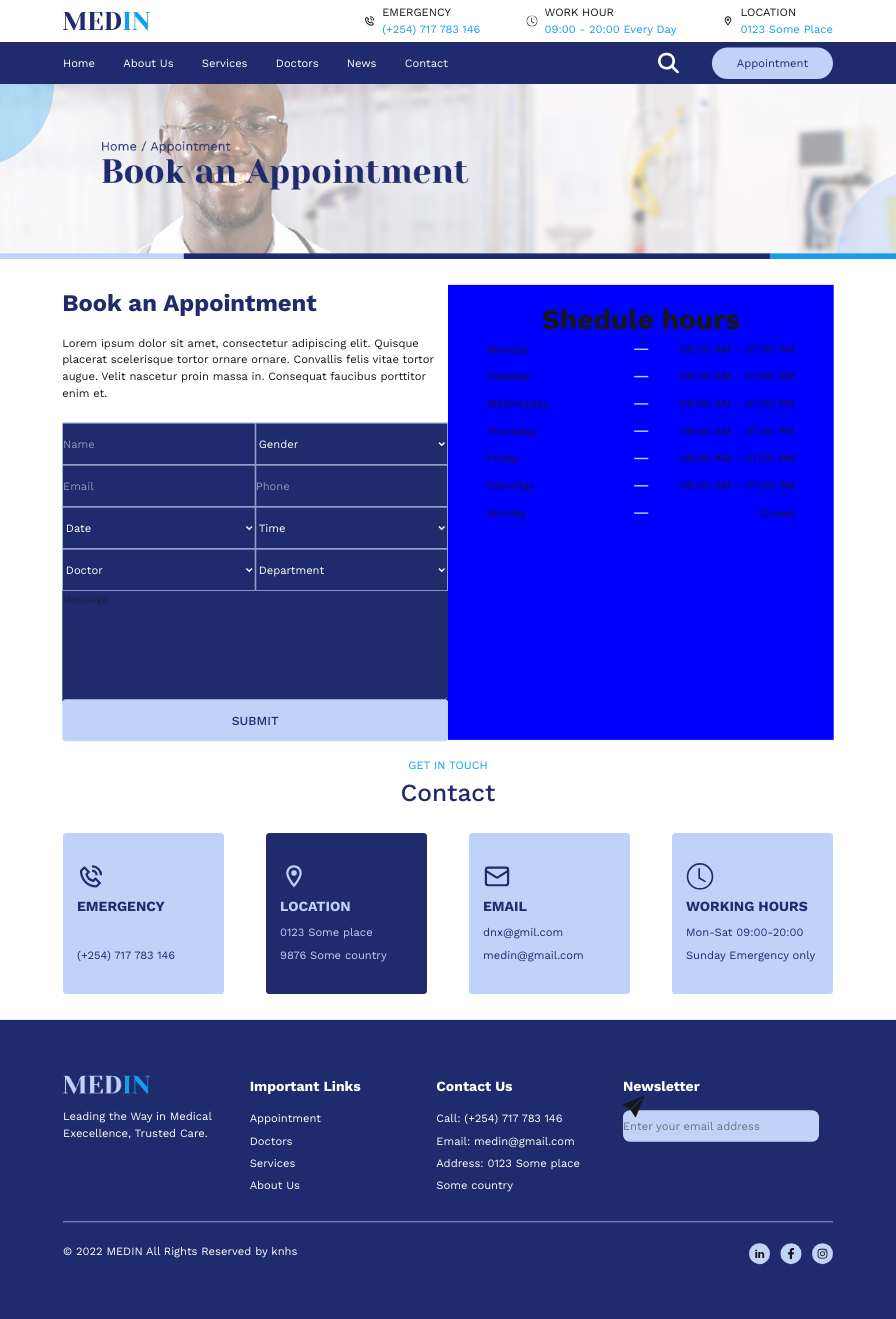
Repository: SynHK3/Poc_Hospital
Page: /appointment (app in fe_hospital/)
An editor plug-in stored every save of this project. The page is shown before and after a run of saves, followed by the edit.
The browser window is 1280 px wide. The pictures show the whole page, at 70% of full size.
The project was rebuilt for these pictures with package versions that can differ from the ones it lists, and the page was loaded fresh each time. The framework's server and built-in components were replaced by stand-ins that run in the browser. Also part of the build but not shown: fe_hospital/next.config.ts.

Above is the page before, as saved 2025-09-02 22:43:21.

### fe_hospital/src/app/layout.tsx
import type { Metadata } from "next";
import { Geist, Geist_Mono, Work_Sans } from "next/font/google";
import "./globals.css";

const geistSans = Geist({
  variable: "--font-geist-sans",
  subsets: ["latin"],
});

const geistMono = Geist_Mono({
  variable: "--font-geist-mono",
  subsets: ["latin"],
});

const workSans = Work_Sans({
  subsets: ["latin"],
  weight: ["400", "500", "600", "700"], // chọn các weight cần
});

export const metadata: Metadata = {
  title: "Create Next App",
  description: "Generated by create next app",
};

export default function RootLayout({
  children,
}: Readonly<{
  children: React.ReactNode;
}>) {
  return (
    <html lang="en">
      <body
        className={`${workSans.className} ${geistMono.variable} antialiased`}
      >
        {children}
      </body>
    </html>
  );
}

### fe_hospital/src/app/appointment/page.tsx
import Header from "@/components/header/header";
import "./appointment.css";
import Contact from "@/components/contact/contact";
import Footer from "@/components/footer/footer";
import Image from "next/image";
import ContentHeaderAppointMent from "./images/Content__Header__Appointment.png";

export default function Appointment() {
  return (
    <div>
      <Header></Header>
      <div className="container__content--appointment">
        <div className="content__banner--appointment"></div>

        <div className="content--form--appointment">
          <div className="layout__content--submit--form--appointment">
            {/* Start Form Book Appointment */}
            <div className="container__form--submit--appointment">
              <h1 className="form__title">Book an Appointment</h1>
              <p className="form__description">
                Lorem ipsum dolor sit amet, consectetur adipiscing elit. Quisque
                placerat scelerisque tortor ornare ornare. Convallis felis vitae
                tortor augue. Velit nascetur proin massa in. Consequat faucibus
                porttitor enim et.
              </p>
              <form className="form__appointment">
                <div className="form__group">
                  <input
                    type="text"
                    placeholder="Name"
                    className="form__input form__input--half"
                  />
                  <select className="form__select form__select--half">
                    <option>Gender</option>
                  </select>
                </div>
                <div className="form__group">
                  <input
                    type="email"
                    placeholder="Email"
                    className="form__input form__input--half"
                  />
                  <input
                    type="tel"
                    placeholder="Phone"
                    className="form__input form__input--half"
                  />
                </div>
                <div className="form__group">
                  <select className="form__select form__select--half">
                    <option>Date</option>
                  </select>
                  <select className="form__select form__select--half">
                    <option>Time</option>
                  </select>
                </div>
                <div className="form__group">
                  <select className="form__select form__select--half">
                    <option>Doctor</option>
                  </select>
                  <select className="form__select form__select--half">
                    <option>Department</option>
                  </select>
                </div>
                <textarea
                  placeholder="Message"
                  className="form__textarea"
                ></textarea>
                <button type="submit" className="btn__submit--appointment">
                  SUBMIT
                </button>
                {/* End Form Book Appointment */}
              </form>
            </div>

            {/* Start Shedule Appoinment */}
            <div className="container__shedule--appointment">
              <h2 className="shedule__title">Shedule hours</h2>
              <ul className="shedule__list">
                <li className="shedule__item">
                  <span className="day">Monday</span>
                  <span className="line--day--time"></span>
                  <span className="time">09:00 AM - 07:00 PM</span>
                </li>
                <li className="shedule__item">
                  <span className="day">Tuesday</span>
                  <span className="line--day--time"></span>
                  <span className="time">09:00 AM - 07:00 PM</span>
                </li>
                <li className="shedule__item">
                  <span className="day">Wednesday</span>
                  <span className="line--day--time"></span>
                  <span className="time">09:00 AM - 07:00 PM</span>
                </li>
                <li className="shedule__item">
                  <span className="day">Thursday</span>
                  <span className="line--day--time"></span>
                  <span className="time">09:00 AM - 07:00 PM</span>
                </li>
                <li className="shedule__item">
                  <span className="day">Friday</span>
                  <span className="line--day--time"></span>
                  <span className="time">09:00 AM - 07:00 PM</span>
                </li>
                <li className="shedule__item">
                  <span className="day">Saturday</span>
                  <span className="line--day--time"></span>
                  <span className="time">09:00 AM - 07:00 PM</span>
                </li>
                <li className="shedule__item">
                  <span className="day">Sunday</span>
                  <span className="line--day--time"></span>
                  <span className="time">Closed</span>
                </li>
              </ul>

              <div className="shedule__line"></div>

              {/* End Schedule Hours */}
            </div>
          </div>
        </div>
      </div>
      <Contact></Contact>
      <Footer></Footer>
    </div>
  );
}

### fe_hospital/src/components/header/header.tsx
import Logo from "../../images/Logo.svg";
import Image from "next/image";
import { BiPhoneCall } from "react-icons/bi";
import { FaMagnifyingGlass } from "react-icons/fa6";
import { BsClock } from "react-icons/bs";
import { MdOutlineLocationOn } from "react-icons/md";
import "./header.css";

export default function Header() {
  return (
    <div className="container__header">
      <div className="header__layout">
        <div className="header__headline">
          <Image src={Logo} width={125} height={42} alt=""></Image>

          <div className="header__headline--info">
            <div className="header__headline--info--item">
              <BiPhoneCall className="icon__info--item"></BiPhoneCall>

              <div className="header__headline--info--desc">
                <h3>EMERGENCY</h3>
                <h5>(+254) 717 783 146</h5>
              </div>
            </div>

            <div className="header__headline--info--item">
              <BsClock className="icon__info--item"></BsClock>

              <div className="header__headline--info--desc">
                <h3>WORK HOUR</h3>
                <h5>09:00 - 20:00 Every Day</h5>
              </div>
            </div>

            <div className="header__headline--info--item">
              <MdOutlineLocationOn className="icon__info--item"></MdOutlineLocationOn>

              <div className="header__headline--info--desc">
                <h3>LOCATION</h3>
                <h5>0123 Some Place</h5>
              </div>
            </div>
          </div>
        </div>

        <div className="header__nav">
          <div className="layout__header--nav">
            <ul className="header__list--nav">
              <li>Home</li>
              <li>About Us</li>
              <li>Services</li>
              <li>Doctors</li>
              <li>News</li>
              <li>Contact</li>
            </ul>

            <div className="header__nav--appoinment">
              <FaMagnifyingGlass fontSize={30}></FaMagnifyingGlass>

              <button className="header__btn--appointment">Appointment</button>
            </div>
          </div>
        </div>
      </div>
    </div>
  );
}

### fe_hospital/src/app/appointment/appointment.css
.container__content--appointment {
  width: 100%;
  height: auto;
}

.content__banner--appointment {
  width: 100%;
  height: 250px;
  background-image: url("./images/Content__Header__Appointment.png");
  background-repeat: no-repeat;
  background-size: cover;
  background-position: center;
}

.content--form--appointment {
  display: flex;
  margin-top: 37px;
  width: 100%;
  height: 650px;

  align-items: center;
  justify-content: center;
}

.layout__content--submit--form--appointment {
  display: flex;
  width: 1102px;
  height: 650px;
}

/* CSS Form Appointment */

.container__form--submit--appointment {
  width: 50%;
  height: 650px;
}
.form__title {
  color: #1f2b6c;
  font-weight: bold;
  font-size: 34px;
}

.form__description {
  margin-top: 20px;
}

.form__appointment {
  margin-top: 30px;
}

.form__group {
  display: flex;
}

.form__input,
.form__select {
  width: 100%;
  height: 60px;
  background-color: #1f2b6c;
  border: 1px solid #bfd2f8;
  color: white;
  font-size: 1rem;
}

/* .form__select {
  appearance: none;
  background-image: url('data:[embedded picture, 232 characters]');
  background-repeat: no-repeat;
  background-position: right 15px center;
  background-size: 12px;
} */

.form__textarea {
  width: 100%;
  height: 158px;
  resize: vertical;
  background-color: #1f2b6c;
}

.btn__submit--appointment {
  margin-top: -10px;
  width: 100%;
  height: 60px;
  background-color: #bfd2f8;
  color: #1f2b6c;
  border-radius: 5px;
  font-size: 1.1rem;
  font-weight: 500;
  cursor: pointer;
}

/* End Form Appoint Ment */

/* Start Shedule Appoinment */

.container__shedule--appointment {
  width: 50%;
  height: 650px;
  background-color: blue;
}

.shedule__title {
  font-size: 2.5rem;
  font-weight: bold;
  margin-top: 20px;
  text-align: center;
}

.shedule__list {
  width: 80%;
  margin: 0 auto;
  display: flex;
  flex-direction: column;
  gap: 15px; /* khoảng cách giữa các item */
}

.shedule__item {
  display: flex;
  align-items: center;
}

.shedule__item .day {
  flex: 1;
  text-align: left;
}

.shedule__item .line--day--time {
  width: 20px; /* cố định 10px */
  height: 2px;
  background-color: #bfd2f8;
  margin: 0 8px;
}

.shedule__item .time {
  flex: 1;
  text-align: right;
}

.shedule__line{
  width: ;
}

/* End Shedule Appointment */

### fe_hospital/src/components/contact/contact.tsx
import "./contact.css";

import { BiPhoneCall } from "react-icons/bi";
import { MdOutlineLocationOn } from "react-icons/md";
import { LuMail } from "react-icons/lu";
import { BsClock } from "react-icons/bs";

export default function Contact() {
  return (
    <div className="container__contact">
      <div className="container__layout--contact">
        <div className="content__contact--headline">
          <h6>GET IN TOUCH</h6>
          <h1>Contact</h1>
        </div>

        <ul className="content__list--contact">
          <li>
            <div className="contact--item">
              <BiPhoneCall className="contact__item--icon"></BiPhoneCall>
              <h1>EMERGENCY</h1>

              <h3 style={{ visibility: "hidden" }}>dnx@gmil.com</h3>
              <p>(+254) 717 783 146</p>
            </div>
          </li>
          <li>
            <div className="contact--item">
              <MdOutlineLocationOn className="contact__item--icon"></MdOutlineLocationOn>
              <h1>LOCATION</h1>

              <p>0123 Some place</p>
              <p>9876 Some country</p>
            </div>
          </li>
          <li>
            <div className="contact--item">
              <LuMail className="contact__item--icon"></LuMail>
              <h1>EMAIL</h1>

              <p>dnx@gmil.com</p>
              <p>medin@gmail.com</p>
            </div>
          </li>
          <li>
            <div className="contact--item">
              <BsClock className="contact__item--icon"></BsClock>
              <h1 className="headline--item">WORKING HOURS</h1>

              <p>Mon-Sat 09:00-20:00</p>
              <p>Sunday Emergency only</p>
            </div>
          </li>
        </ul>
      </div>
    </div>
  );
}

### fe_hospital/src/components/footer/footer.tsx
import "./footer.css";
import { RiLinkedinFill } from "react-icons/ri";
import { FaFacebookF } from "react-icons/fa";
import { FaInstagram } from "react-icons/fa";
import Image from "next/image";
import LogoFooter from "../../images/Logo__Footer.png";
import { BsFillSendFill } from "react-icons/bs";

export default function Footer() {
  return (
    <div className="container__footer">
      <div className="container__layout--footer">
        <ul className="list__footer--item">
          <li>
            <div>
              <Image src={LogoFooter} width={125} height={42} alt=""></Image>
              <h1 className="headline__footer">
                Leading the Way in Medical Execellence, Trusted Care.
              </h1>
            </div>
          </li>
          <li>
            <div>
              <h1 className="footer--item--headline">Important Links</h1>
              <ul className="list--item--footer--link">
                <li>Appointment</li>
                <li>Doctors</li>
                <li>Services</li>
                <li>About Us</li>
              </ul>
            </div>
          </li>

          <li>
            <div>
              <h1 className="footer--item--headline">Contact Us</h1>
              <ul className="list--item--footer--contact">
                <li>Call: (+254) 717 783 146</li>
                <li>Email: medin@gmail.com</li>
                <li>Address: 0123 Some place</li>
                <li>Some country</li>
              </ul>
            </div>
          </li>
          <li>
            <div>
              <h1 className="footer--item--headline">Newsletter</h1>
              <div className="container__input--send--mail">
                <input
                  className="input__footer--send--mail"
                  placeholder="Enter your email address"
                ></input>

                <BsFillSendFill
                  className="footer__icon--send--mail"
                  fontSize={30}
                ></BsFillSendFill>
              </div>
            </div>
          </li>
        </ul>

        <div className="footer--line"></div>

        <div className="footer--link--social">
          <h3>© 2022 MEDIN All Rights Reserved by knhs</h3>

          <ul className="list--icon--link--social">
            <li>
              <RiLinkedinFill></RiLinkedinFill>
            </li>
            <li>
              <FaFacebookF></FaFacebookF>
            </li>
            <li>
              <FaInstagram></FaInstagram>
            </li>
          </ul>
        </div>
      </div>
    </div>
  );
}

### fe_hospital/src/components/header/header.css
.container__header {
  width: 100%;
  height: 120px;
}

.header__layout {
  display: flex;
  flex-direction: column;
  align-items: center;
  width: 100%;
}

.header__headline {
  display: flex;
  justify-content: space-between;
  width: 1100px;
  height: 60px;
}

.header__headline--info {
  width: 670px;
  display: flex;
  justify-content: space-between;
}

.header__headline--info--desc > h5 {
  color: #159eec;
}

.header__headline--info--item {
  height: 60px;
  display: flex;
  align-items: center;
}

.icon__info--item {
  font-size: 30;
  margin-right: 10px;
}

/* Header Nav */

.header__nav {
  display: flex;
  align-items: center;
  justify-content: center;
  width: 100%;
  height: 60px;
  background-color: #1f2b6c;
  color: white;
}

.layout__header--nav {
  display: flex;
  justify-content: space-between;
  align-items: center;
  width: 1100px;
  height: 60px;
}

.header__list--nav {
  width: 550px;
  display: flex;
  justify-content: space-between;
}

.header__nav--appoinment {
  width: 250px;
  height: 45px;
  display: flex;
  justify-content: space-between;
  align-items: center;
}

.header__btn--appointment {
  color: #1f2b6c;
  width: 173px;
  height: 45px;
  background-color: #bfd2f8;
  border-radius: 30px;
}

### fe_hospital/src/components/contact/contact.css
.container__contact {
  display: flex;
  width: 100%;
  height: 400px;
  justify-content: center;
}

.container__layout--contact {
  display: flex;
  flex-direction: column;
  justify-content: space-between;
  width: 1100px;
  height: 363px;
}

.content__contact--headline {
  display: flex;
  flex-direction: column;
  width: 100%;
  height: 127px;
  align-items: center;
  justify-content: center;
}

.content__list--contact {
  display: flex;
  justify-content: space-between;
  align-items: center;
}

.content__contact--headline > h1 {
  font-size: 35px;
  font-weight: 500;
  color: #1f2b6c;
}
.content__contact--headline > h6 {
  color: #159eec;
}

.content__list--contact > li {
  display: flex;
  align-items: center;
  width: 230px;
  height: 230px;
  background-color: #bfd2f8;
  border-radius: 5px;
}

.content__list--contact > li:nth-child(2) {
  background-color: #1f2b6c;
}

.content__list--contact > li:nth-child(2) > div > p,
.content__list--contact > li:nth-child(2) > div > h1,
.content__list--contact > li:nth-child(2) > div > .contact__item--icon {
  color: #bfd2f8;
}

.contact--item {
  margin-left: 20px;
  display: flex;
  flex-direction: column;
  justify-content: space-between;
  width: 126px;
  height: 145px;
}

.contact--item > h1 {
  width: 230px;
  font-size: 20px;
  font-weight: 700;
  color: #1f2b6c;
}

.contact--item > p {
  width: 230px;
  color: #1f2b6c;
}

.headline--item {
  width: 140px;
}

.contact__item--icon {
  width: 40px;
  height: 38px;
  color: #1f2b6c;
}

### fe_hospital/src/components/footer/footer.css
.container__footer {
  display: flex;
  width: 100%;
  height: 427px;
  justify-content: center;
  align-items: center;
  background-color: #1f2b6c;
}

.container__layout--footer {
  display: flex;
  flex-direction: column;
  justify-content: space-between;
  width: 1100px;
  height: 270px;
}

/* Footer Items  */
.list__footer--item {
  display: flex;
  justify-content: space-between;
  height: 179px;
}

.footer--item--headline {
  color: white;
  font-weight: 700;
  font-size: 20px;
}

.list__footer--item > li {
  width: 220px;
  height: 179px;
}

.list__footer--item > li:last-child {
  display: flex;
  width: 300px;
}

.headline__footer {
  width: 250px;
  color: white;
}

/* Input SEND MAIL */
.container__input--send--mail {
  position: relative;
  width: 280px;
  display: flex;
  justify-content: space-between;
}

.input__footer--send--mail {
  width: 300px;
  height: 45px;
  background-color: #bfd2f8;
  border-radius: 10px;
}

.footer__icon--send--mail {
  position: absolute;
  right: 10;
  margin-top: 27;
}

.headline__footer,
.list--item--footer--link,
.list--item--footer--contact,
.input__footer--send--mail {
  margin-top: 20px;
}

.list--item--footer--link,
.list--item--footer--contact {
  display: flex;
  flex-direction: column;
  justify-content: space-between;
  height: 120px;
  color: white;
}

/* Footer Line */

.footer--line {
  width: 100%;
  height: 1px;
  background-color: #bfd2f8;
}

.footer--link--social {
  justify-content: space-between;
  display: flex;
}

.footer--link--social > h3 {
  color: white;
}

.list--icon--link--social {
  display: flex;
  justify-content: space-between;
  width: 120px;
}

.list--icon--link--social > li {
  display: flex;
  align-items: center;
  justify-content: center;
  width: 30px;
  height: 30px;
  background-color: #bfd2f8;
  border-radius: 50%;
}

Loaded but not shown: fe_hospital/src/app/globals.css (common file)

After the next 3 saves:
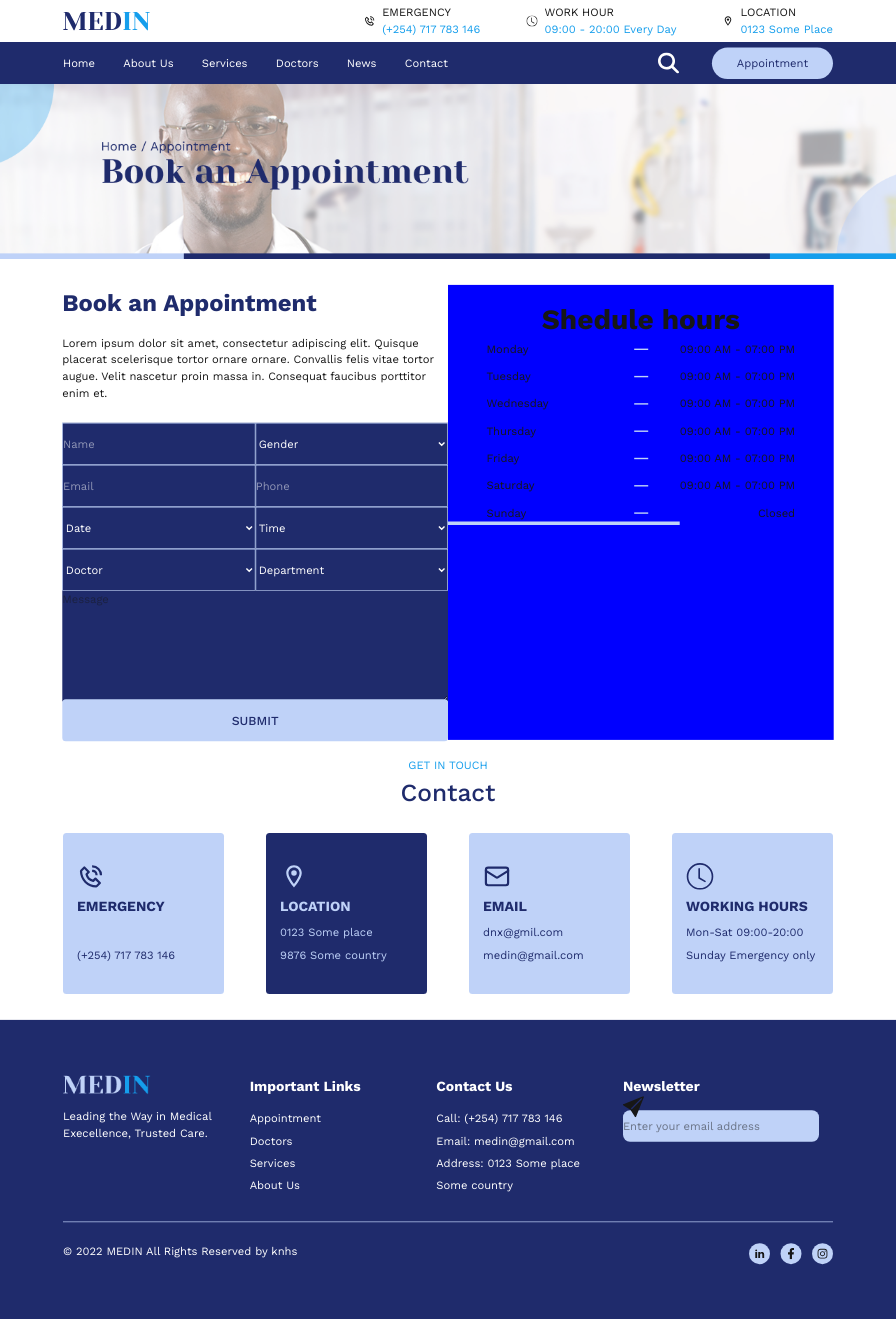
The 3 saves are shown as one change because they came seconds apart.
The last was saved 13 s later.
--- a/fe_hospital/src/app/appointment/appointment.css
+++ b/fe_hospital/src/app/appointment/appointment.css
@@ -136,8 +136,10 @@
   text-align: right;
 }
 
-.shedule__line{
-  width: ;
+.shedule__line {
+  width: 331px;
+  height: 5px;
+  background-color: #bfd2f8;
 }
 
 /* End Shedule Appointment */
